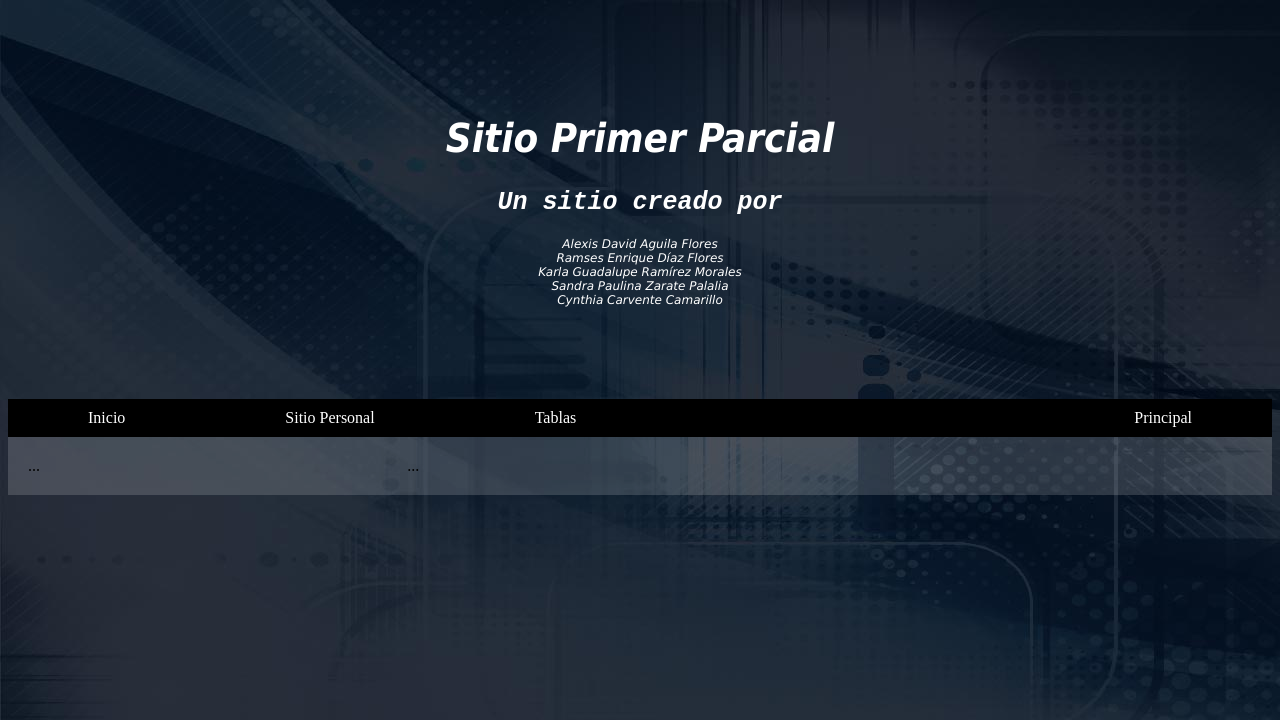
Repository: Dogueen/miniProyectoUniversidad
Page: miniProyecto/pages/inicio.html
An editor plug-in stored every save of this project. The page is shown before and after the next save, followed by the edit.
The browser window is 1280 px wide. The pictures show the whole page.

Above is the page before, as saved 2023-10-27 19:35:23.

### miniProyecto/pages/inicio.html
<!DOCTYPE html>
<html lang="es">

<head>
    <title>Inicio</title>
    <meta charset="UTF-8">
    <meta name="viewport" content="width=device-width, initial-scale=1">
    <link rel="stylesheet" type="text/css" href="../styles/inicio.css" />

    <style>
    </style>
</head>

<body>

    <div class="header">
        <h1>Sitio Primer Parcial</h1>
        <h2> Un sitio creado por</h2>
        <dl>
            <dt>Alexis David Aguila Flores</dt>
            <dt>Ramses Enrique Díaz Flores</dt>
            <dt>Karla Guadalupe Ramírez Morales</dt>
            <dt>Sandra Paulina Zarate Palalia</dt>
            <dt>Cynthia Carvente Camarillo</dt>
        </dl>
    </div>

    <div class="navbar">
        <a href="inicio.html">Inicio</a>
        <a href="personal.html">Sitio Personal</a>
        <a href="tablas.html">Tablas</a>
        <a href="../principal.html" class="right">Principal</a>
    </div>

    <div class="row">
        <div class="side">...</div>
        <div class="main">...</div>
    </div>

</body>

</html>

### miniProyecto/styles/inicio.css
body {
    background-image: url("../images/bg-img.jpg");
}

.header {
    padding: 80px;
    text-align: center;
    color: white;
}

.header h1 {
    font-size: 40px;
    font-style: italic;
    font-family: Tahoma;
}

.header h2 {
    font-size: 25px;
    font-style: italic;
    font-family: monospace;
}

.header dl {
    font-size: 12px;
    font-style: italic;
    font-family: Verdana, Geneva, Tahoma, sans-serif;
}

.navbar {
    overflow: hidden;
    background-color: #000000;
}

.navbar a {
    float: left;
    display: block;
    color: white;
    text-align: center;
    padding: 10px 80px;
    text-decoration: none;
}

.navbar a:hover {
    background-color: #ddd;
    color: black;
}

.navbar a.right {
    float: right;
}

* {
    box-sizing: border-box;
}

.row {
    display: flex;
    flex-wrap: wrap;
}

.side {
    flex: 30%;
    background-color: #f1f1f12a;
    padding: 20px;
}

.main {
    flex: 70%;
    background-color: #f1f1f12a;
    padding: 20px;
}

@media screen and (max-width: 700px) {
    .row {
        flex-direction: column;
    }
}

@media screen and (max-width: 400px) {
    .navbar a {
        float: none;
        width: 100%;
    }
}

After the next save:
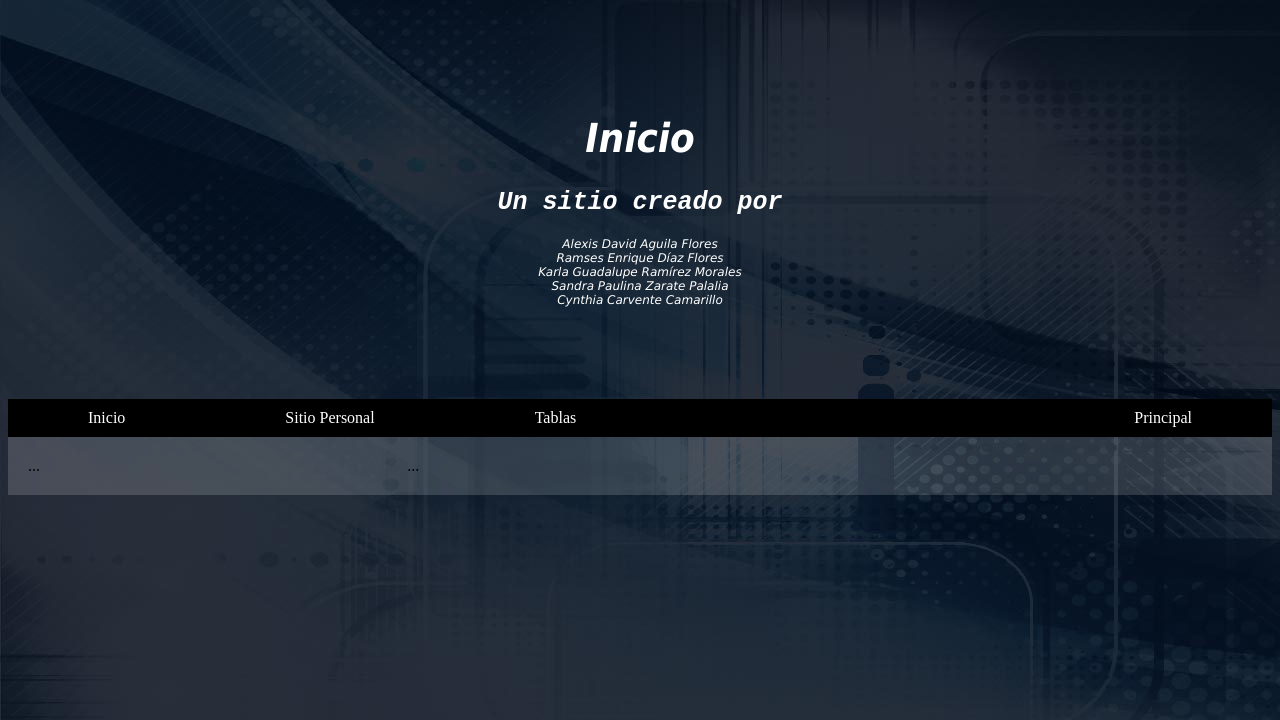
Saved 5 s later.
--- a/miniProyecto/pages/inicio.html
+++ b/miniProyecto/pages/inicio.html
@@ -14,7 +14,7 @@
 <body>
 
     <div class="header">
-        <h1>Sitio Primer Parcial</h1>
+        <h1>Inicio</h1>
         <h2> Un sitio creado por</h2>
         <dl>
             <dt>Alexis David Aguila Flores</dt>
